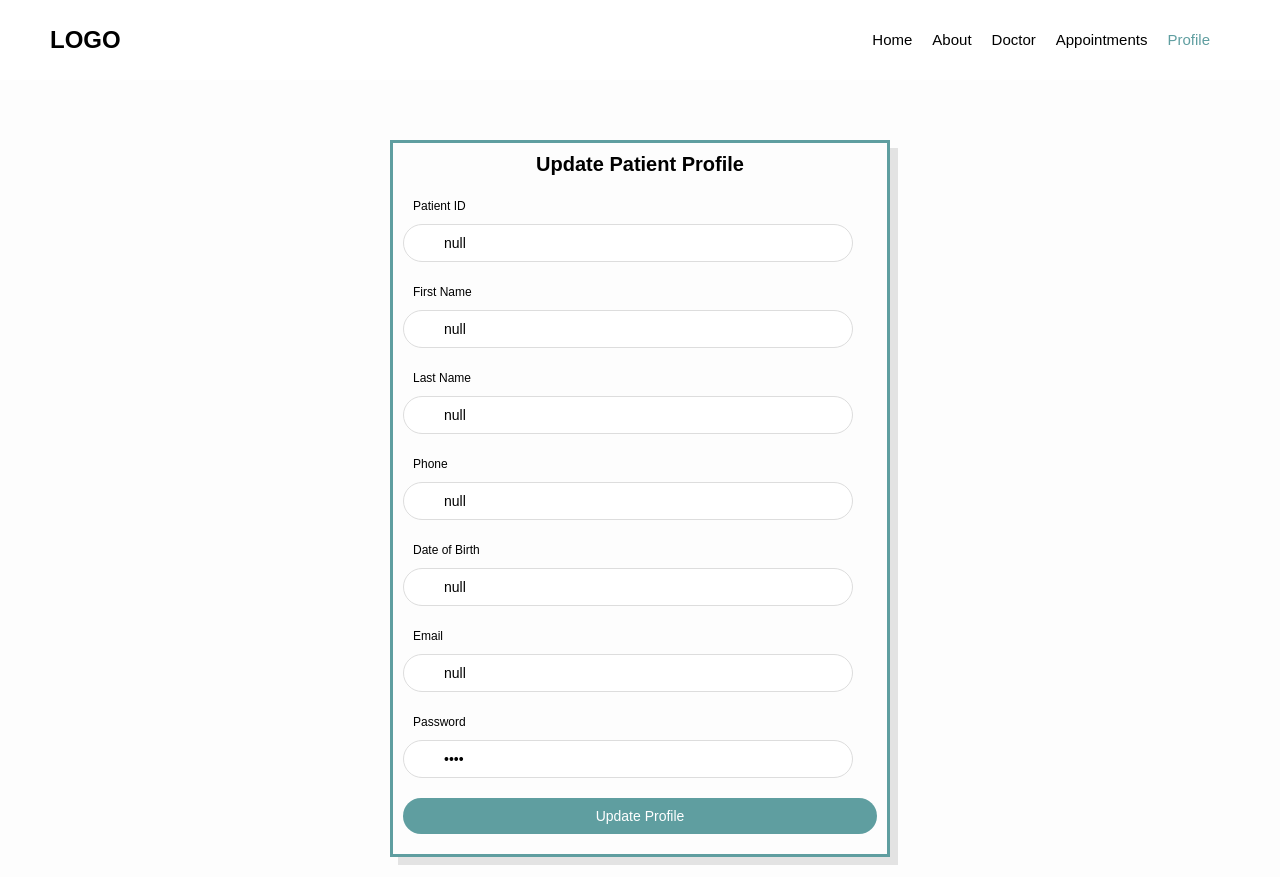
Repository: MonaliWatareka/echanneling
Page: http://localhost/PatientDemo/patientAccountUpdate.jsp
The author's editor kept a copy of each file at every save. The page is drawn from the files as they stood at one save, then again after the next save.
The browser window is 1280 px wide. The pictures show the whole page.
The page is served by Tomcat 10.

Above is the page before, as saved 2024-10-13 04:11:26.

After the next save:
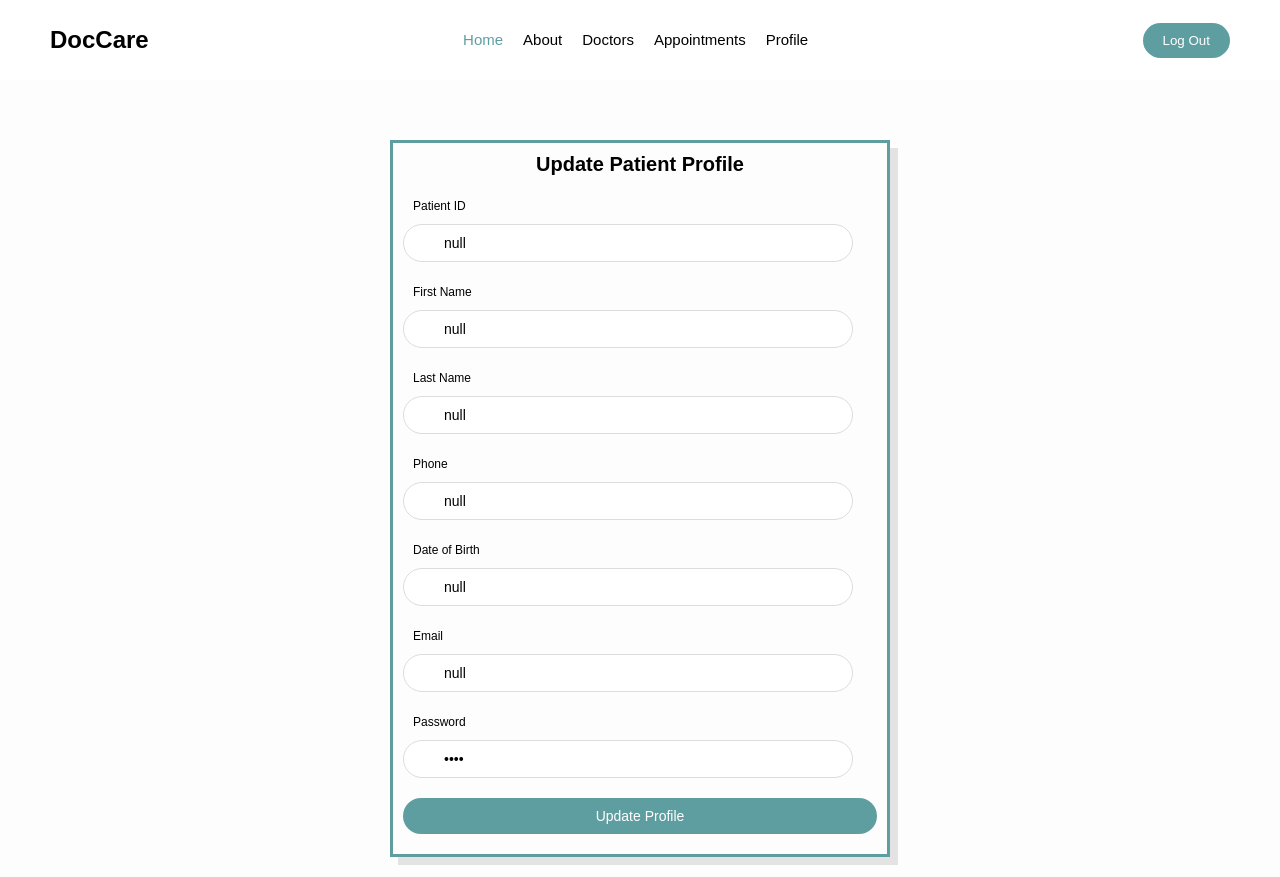
Saved 2 min 3 s later.
--- a/Project/PatientDemo/src/main/webapp/patientAccountUpdate.jsp
+++ b/Project/PatientDemo/src/main/webapp/patientAccountUpdate.jsp
@@ -11,20 +11,25 @@
 </head>
 <body>
 
-    <!-- Navigation Bar -->
+  <!-- Navigation Bar -->
     <div class="nav">
         <div class="nav-logo">
-            <p>LOGO</p>
+            <p>DocCare</p>
         </div>
         <div class="nav-menu">
             <ul>
-                <li><a href="home.html" class="link">Home</a></li>
-                <li><a href="#" class="link">About</a></li>
-                <li><a href="#" class="link">Doctor</a></li>
-                <li><a href="#" class="link ">Appointments</a></li>
-                 <li><a href="#" class="link active">Profile</a></li>
+                <li><a href="Home.jsp" class="link active" >Home</a></li>
+                    <li><a href="About.jsp" class="link ">About</a></li>
+                    <li><a href="AvailabilityDisplayServlet" class="link ">Doctors</a></li>
+                    <li><a href="#" class="link ">Appointments</a></li>
+                    <li><a href="PatientAccServlet" class="link ">Profile</a></li>
             </ul>
         </div>
+        <div class="nav-button">
+                    <form action="logoutServlet" method="get">
+                        <button type="submit" class="btn">Log Out</button>
+                    </form>
+                </div>
     </div>
 
 
